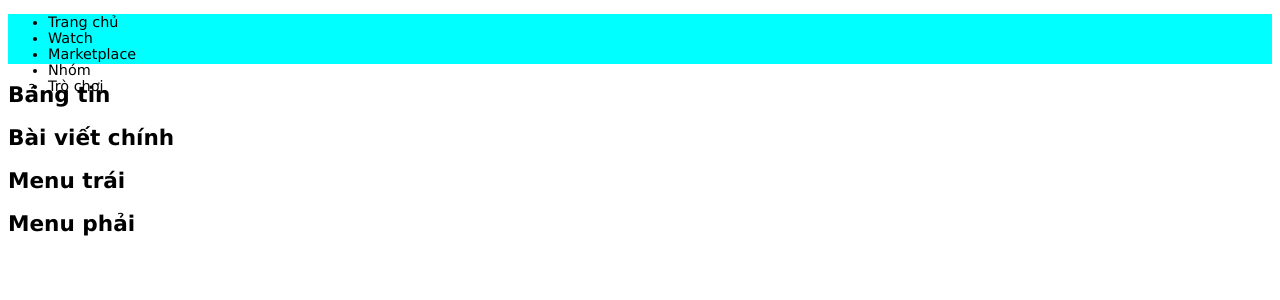
Repository: congle98/CSS_LayoutFacebookCoBan
Page: index.html
An editor plug-in stored every save of this project. The page is shown before and after a run of saves, followed by the edit.
The browser window is 1280 px wide. The pictures show the whole page.

Above is the page before, as saved 2021-05-26 15:27:10.

After the next 9 saves:
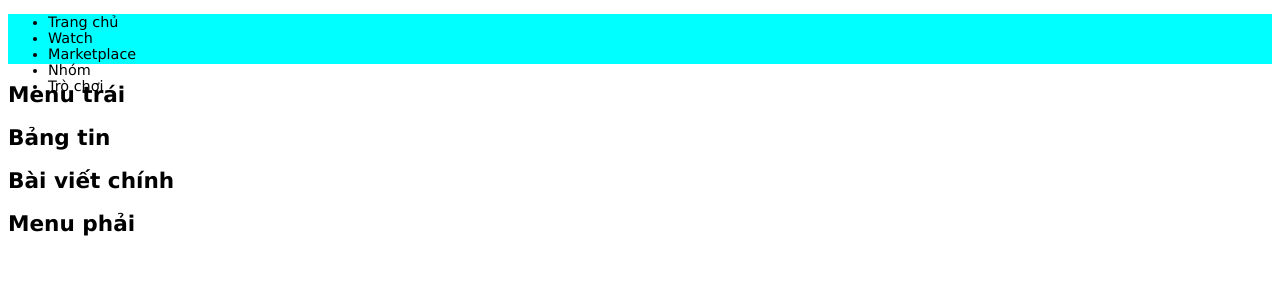
The 9 saves are shown as one change because they came seconds apart.
The last was saved 31 s later.
--- a/index.html
+++ b/index.html
@@ -16,6 +16,9 @@
             height: 50px;
 
         }
+        #sidebar-left{
+
+        }
 
     </style>
 </head>
@@ -31,6 +34,9 @@
             </ul>
         </nav>
     </header>
+    <div id="sidebar-left">
+        <h2>Menu trái</h2>
+    </div>
     <section>
         <article>
             <h2>Bảng tin</h2>
@@ -39,9 +45,6 @@
             <h2>Bài viết chính</h2>
         </article>
     </section>
-    <div id="sidebar-left">
-        <h2>Menu trái</h2>
-    </div>
     <div id="sidebar-right">
         <h2>Menu phải</h2>
     </div>
